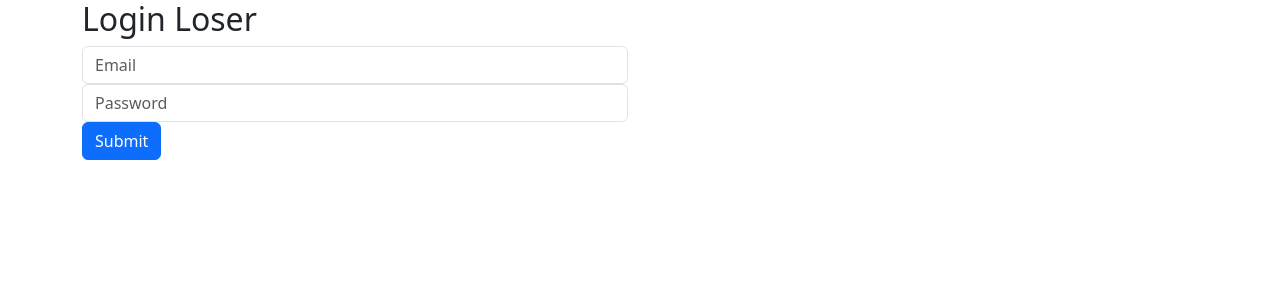
Repository: DavidDontKnow/BootlegTwitter
Page: html/login.html
The author's editor kept a copy of each file at every save. The page is drawn from the files as they stood at one save, then again after a run of saves.
The browser window is 1280 px wide. The pictures show the whole page.

Above is the page before, as saved 2023-04-05 15:06:46.

### html/login.html
<!DOCTYPE html>
<html lang="en">
<head>
    <meta charset="UTF-8">
    <meta http-equiv="X-UA-Compatible" content="IE=edge">
    <meta name="viewport" content="width=device-width, initial-scale=1.0">
    <link href="https://cdn.jsdelivr.net/npm/bootstrap@5.3.0-alpha3/dist/css/bootstrap.min.css" rel="stylesheet" integrity="sha384-KK94CHFLLe+nY2dmCWGMq91rCGa5gtU4mk92HdvYe+M/SXH301p5ILy+dN9+nJOZ" crossorigin="anonymous">
    <title>Login</title>
</head>
<body>
    <div class="container">
        <div class="row">
            <div class="col-md-6">
                <div class="login-form">
                    <h2>Login Loser</h2>
                    <form>
                        <div class="form-group">
                            <input type="email" class="form-control" id="email" name="email" placeholder="Email">

                        </div>
                        <div class="form-group">
                            <input type="password" class="form-control" id="password" name="password" placeholder="Password">

                        </div>
                        <button type="submit" class="btn btn-primary">Submit</button>
                    </form>
                </div>
            </div>
        </div>
    </div>
</body>
</html>

After the next 2 saves:
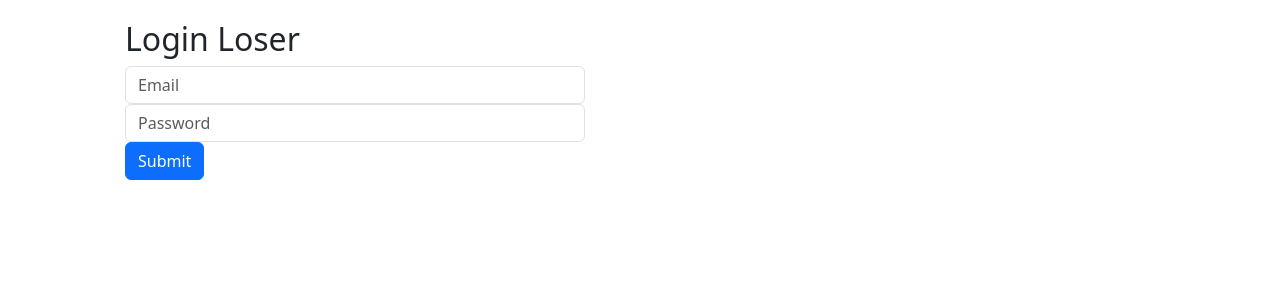
The 2 saves are shown as one change because they came seconds apart.
The last was saved 106 s later.
--- a/html/login.html
+++ b/html/login.html
@@ -5,6 +5,13 @@
     <meta http-equiv="X-UA-Compatible" content="IE=edge">
     <meta name="viewport" content="width=device-width, initial-scale=1.0">
     <link href="https://cdn.jsdelivr.net/npm/bootstrap@5.3.0-alpha3/dist/css/bootstrap.min.css" rel="stylesheet" integrity="sha384-KK94CHFLLe+nY2dmCWGMq91rCGa5gtU4mk92HdvYe+M/SXH301p5ILy+dN9+nJOZ" crossorigin="anonymous">
+    <style>
+        .login-form{
+            max-width: 500px;
+            margin: 0 auto;
+            padding: 20px;
+        }
+    </style>
     <title>Login</title>
 </head>
 <body>
